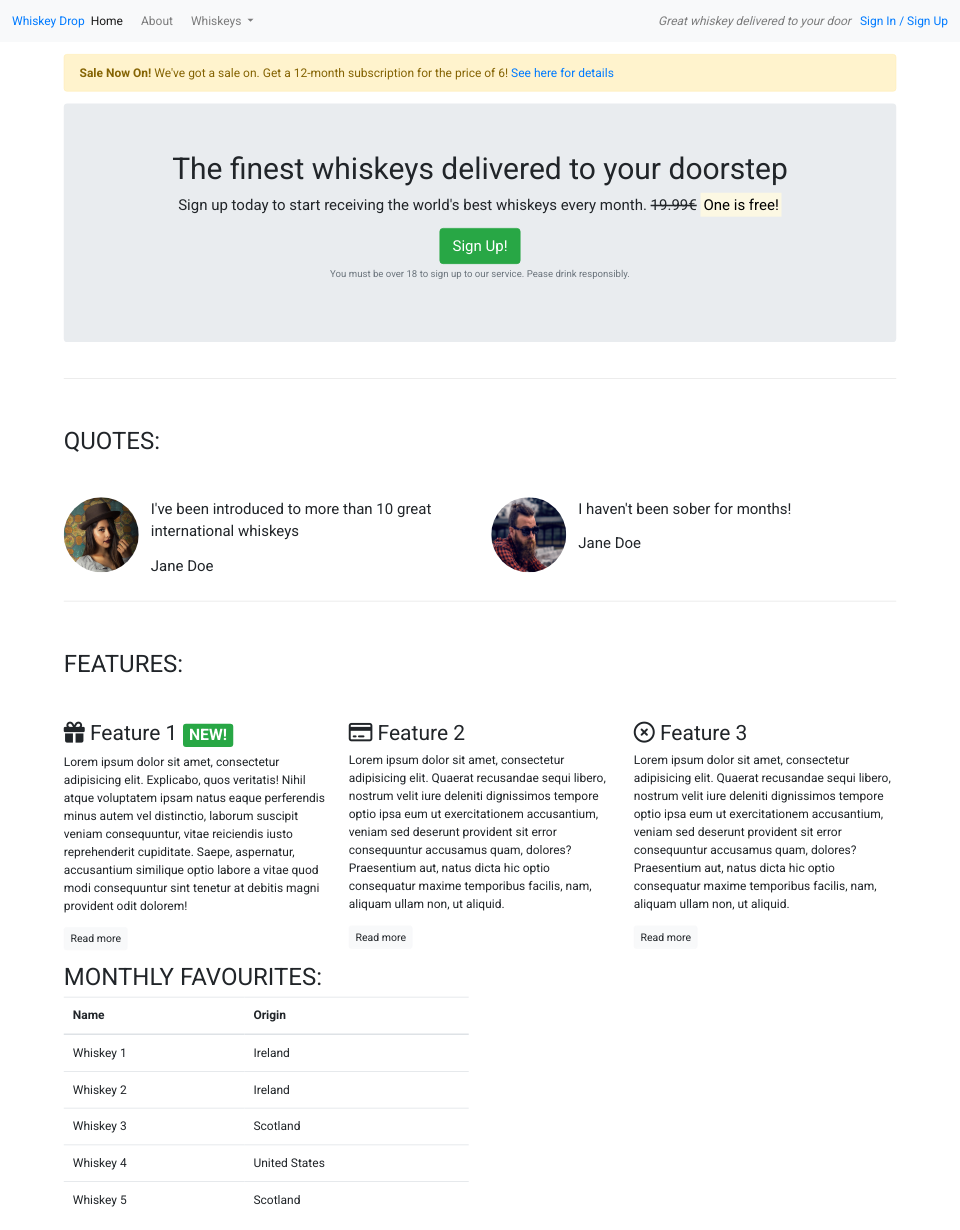
Repository: Sarani1612/whiskey-drop
Page: index.html
The author's editor kept a record of every edit. The page is drawn from the files as they stood at one moment, then again after the next edit.
The browser window is 1280 px wide. The pictures show the whole page, at 75% of full size.
Some web libraries are served in a nearby version.

Above is the page before.
Console error: TypeError: Cannot read properties of undefined (reading 'fn')

After the next edit:
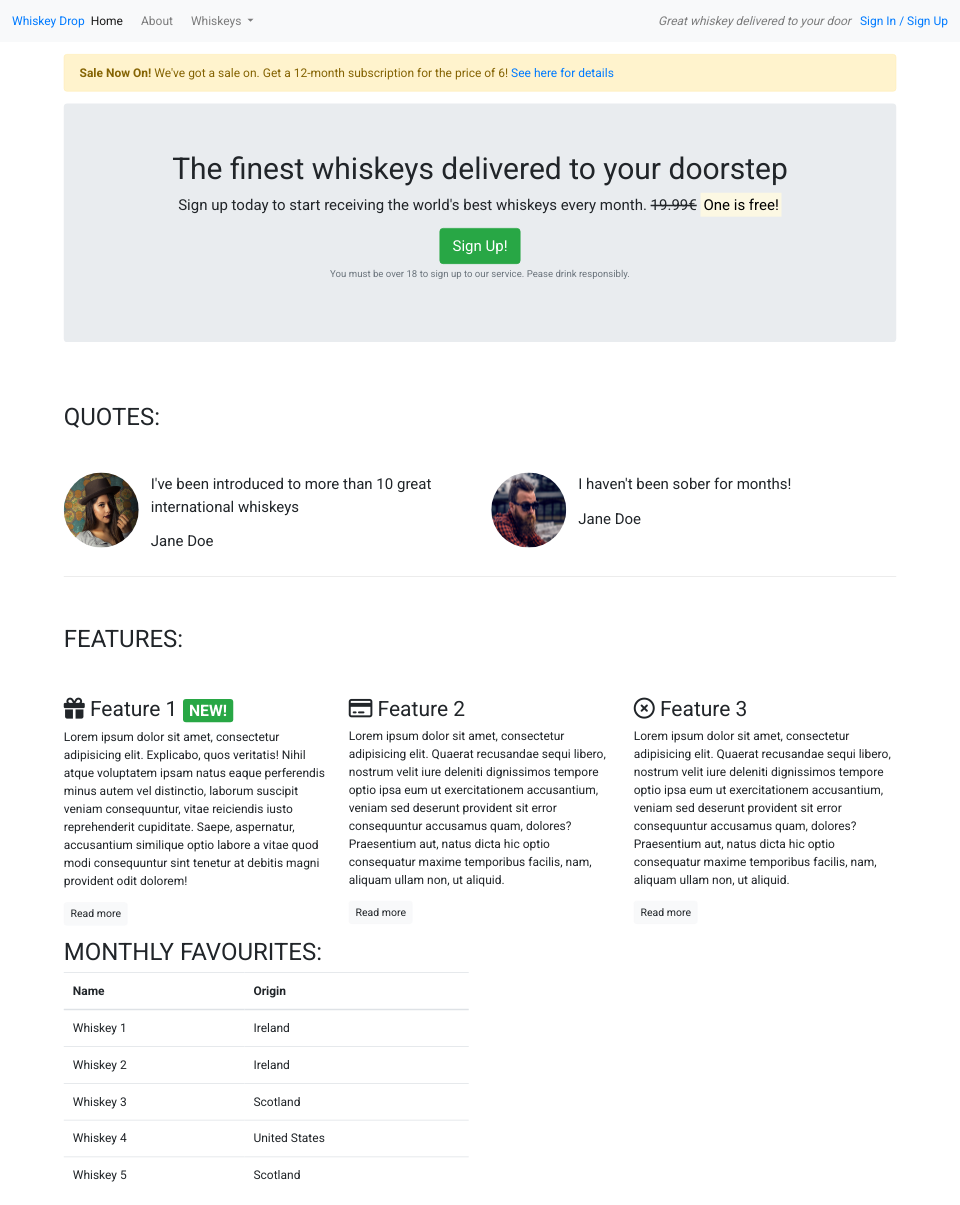
The edit:
--- a/index.html
+++ b/index.html
@@ -66,7 +66,7 @@
             </div>
         </div>
         <!-- /.Callout -->
-        <hr>
+        </div>
 
         <!-- Quotes -->
         <section class="quotes">
